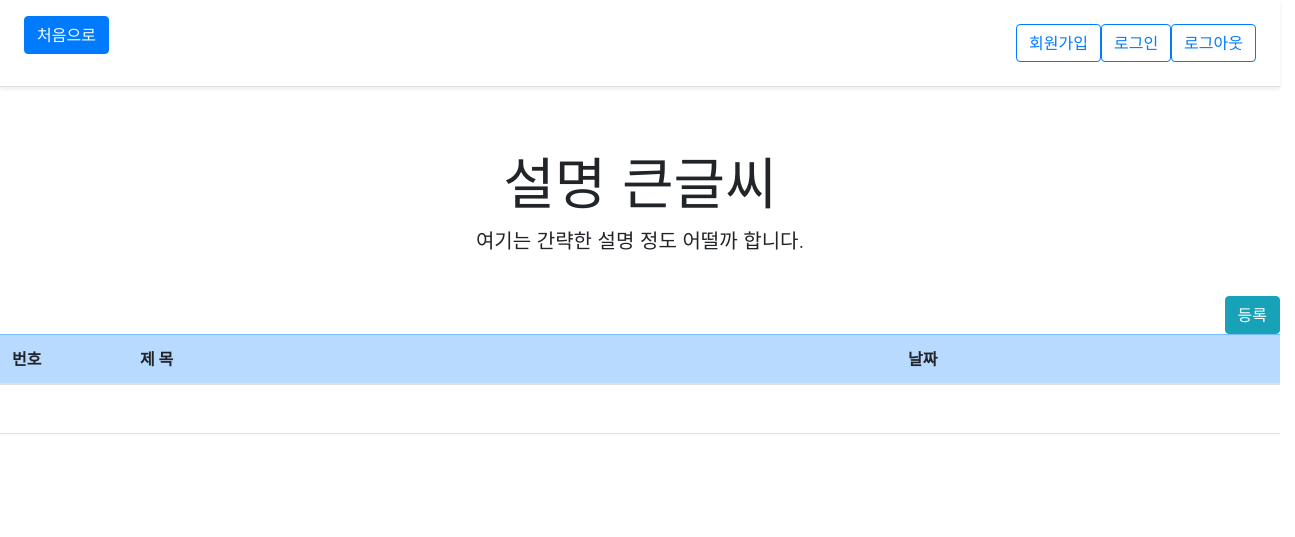
Repository: SettingRhino/innogleantmanager
Page: http://localhost/antmanager/WEB-INF/views/diary.jsp
The author's editor kept a copy of each file at every save. The page is drawn from the files as they stood at one save, then again after the next save.
The browser window is 1280 px wide. The page is 1295 px wide, so the pictures cover 1295 px, including what lies to the right of the window. The pictures show the whole page.
The page is served by Tomcat 9. Nobody is signed in. The template is opened directly, without the code that normally fills it, so the values that code supplies are empty.

Above is the page before, as saved 2020-06-09 02:30:54.

After the next save:
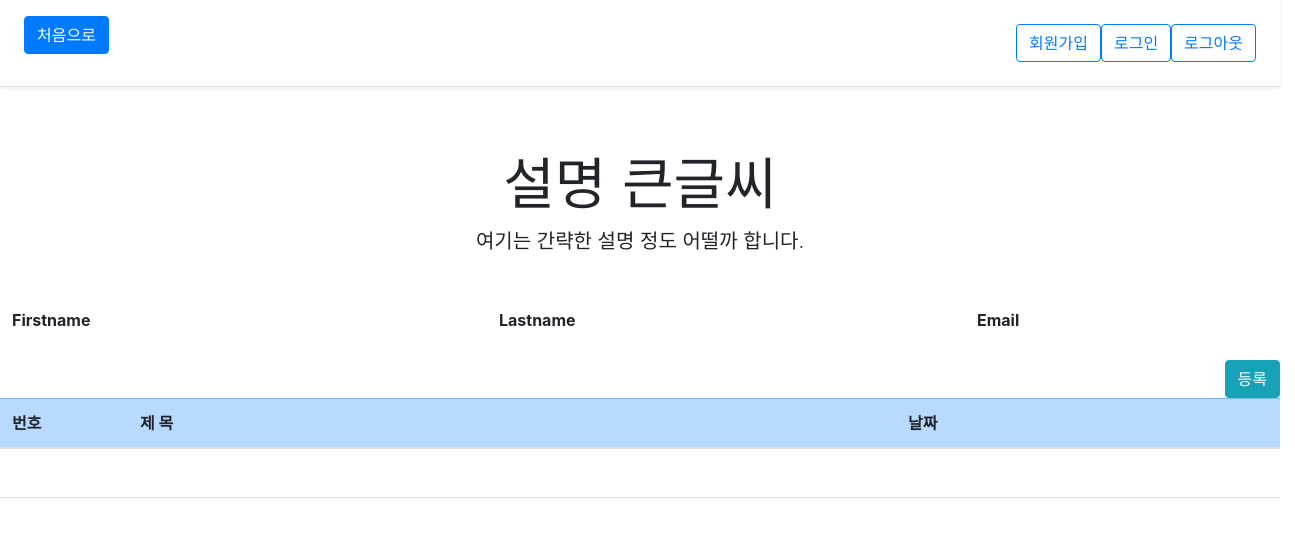
Saved 93 s later.
--- a/antmanager/src/main/webapp/WEB-INF/views/diary.jsp
+++ b/antmanager/src/main/webapp/WEB-INF/views/diary.jsp
@@ -63,6 +63,14 @@
 		<h1 class="display-4">설명 큰글씨</h1>
 		<p class="lead">여기는 간략한 설명 정도 어떨까 합니다.</p>
 	</div>
+	<table class="table table-borderless">
+    <thead>
+      <tr>
+        <th>Firstname</th>
+        <th>Lastname</th>
+        <th>Email</th>
+      </tr>
+    </thead></table>
 	<div class="row">
 		<div class="col-lg-4"></div>
 		<div class="col-lg-4"></div>
